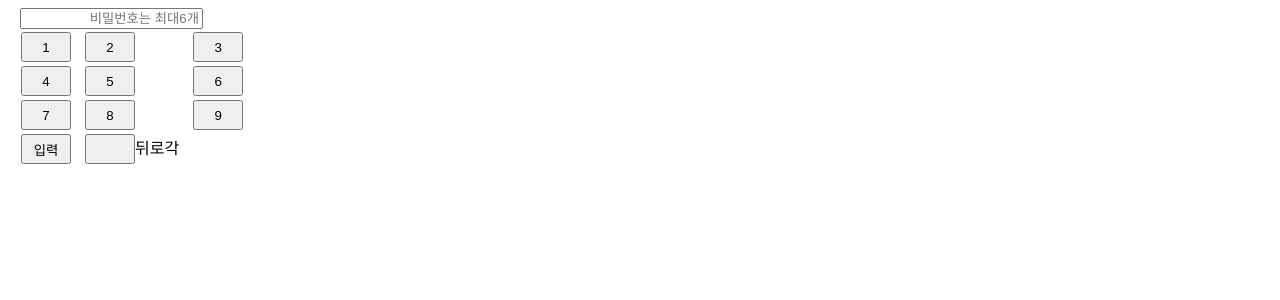
Repository: JungYOsup/Mini_project
Page: http://localhost/EsCape_Room/result_form.jsp
The author's editor kept a copy of each file at every save. The page is drawn from the files as they stood at one save, then again after the next save.
The browser window is 1280 px wide. The pictures show the whole page.
The page is served by Tomcat 9.

Above is the page before, as saved 2018-01-16 07:37:30.

After the next save:
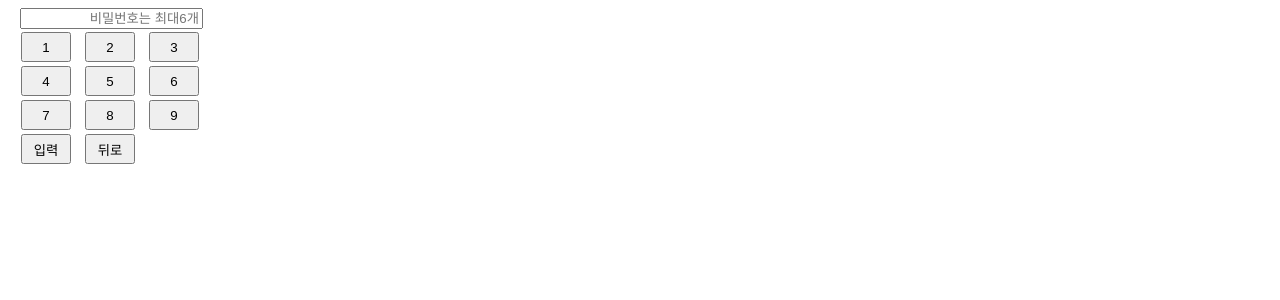
Saved 5 s later.
--- a/EsCape_Room/WebContent/result_form.jsp
+++ b/EsCape_Room/WebContent/result_form.jsp
@@ -80,7 +80,7 @@ table input{
 
 		<tr>
 			<td><input type="submit" value="입력"></td>
-			<td><input type="button" value="" >뒤로각</td>
+			<td><input type="button" value="뒤로" ></td>
 		</tr>
 
 
